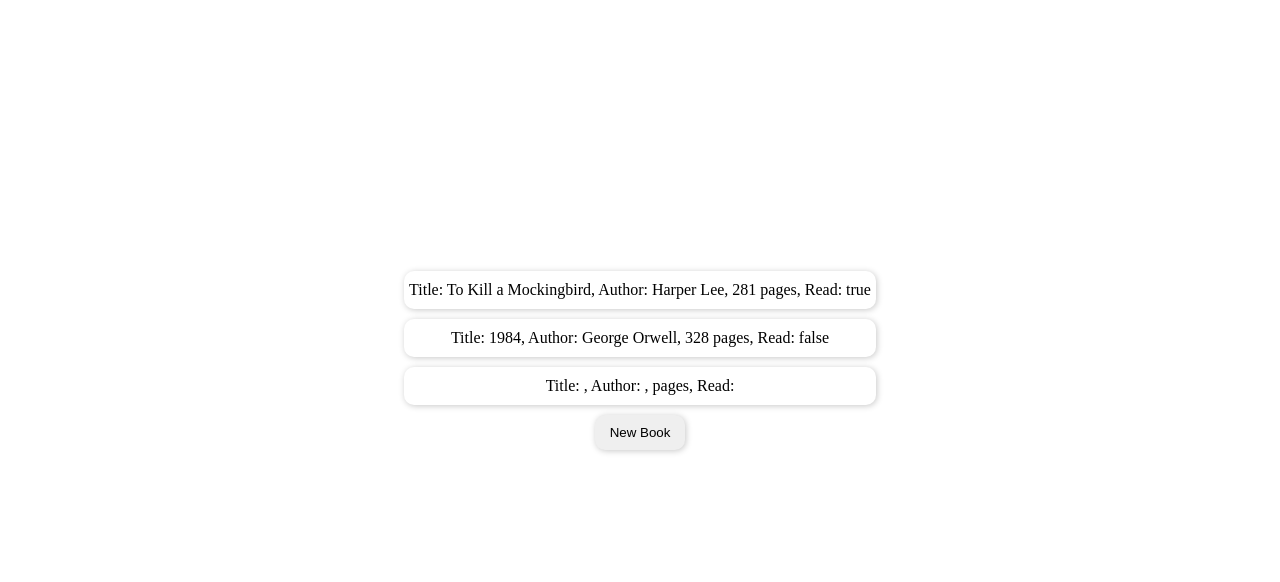
Repository: kocokoy/library
Page: index.html
The author's editor kept a copy of each file at every save. The page is drawn from the files as they stood at one save, then again after the next save.
The browser window is 1280 px wide. The pictures show the whole page.
After loading, the first visible `button.new-book-button` was clicked once.

Above is the page before, as saved 2024-11-06 09:50:07.

### index.html
<!DOCTYPE html>
<html lang="en">
<head>
  <meta charset="UTF-8">
  <meta name="viewport" content="width=device-width, initial-scale=1.0">
  <link rel="stylesheet" href="style.css">
  <title>Document</title>
</head>
<body>
  <div class="container">
    <div class="display-button-card">
      <div class="book-display jsBookDisplay">
      </div>
      <button class="new-book-button jsNewBookButton">New Book</button>
    </div>
    <div class=" jsAddNewBookCardHolder hide-add-new-book-card-holder">
      <div class="add-new-book-card ">
        <div>
          <input class="jsBookTitle" type="text">
          <input class="jsBookAuthor" type="text">
          <input class="jsBookPages" type="text">
          <input class="jsBookRead" type="text">
          <button class="jsAddBook">Add</button>
        </div>
      </div>
    </div>

  </div>
<script src="script.js"></script>
</body>
</html>

### style.css
body{
  width: 100%;
  height: 100vh;
  padding: 0;
  margin: 0;
}
.container{
  display: flex;
  flex-direction: column;
  justify-content: center;
  align-items: center;
  height: 100%;
  width: 100%;
}
.display-button-card{
  display: flex;
  flex-direction: column;
  justify-content: center;
  align-items: center;
}
.book-display{
  display: flex;
  flex-direction: column;
  justify-content: center;
  align-items: center;
}
.book-card{
  box-shadow: 1px 1px 6px  rgba(0, 0, 0, 0.219);
  padding: 10px 0px;
  border-radius: 10px;
  display: flex;
  flex-direction: row;
  justify-content: center;
  align-items: center;
  margin: 5px;
  width: 100%;
}

.new-book-button{
  padding: 10px;
  margin: 5px;
  border-radius: 10px;
  border: none;
  box-shadow: 1px 1px 6px  rgba(0, 0, 0, 0.219);
  width: 19%;
  cursor: pointer;
}

/* add book card */

.hide-add-new-book-card-holder{
  display: none;
}

.add-new-book-card-holder{
  display: flex;
  flex-direction: column;
  align-items: center;
  justify-content: center;
  height: 100%;
  width: 100%;
  background-color: rgba(0, 0, 0, 0.137);
  position: absolute;

}
.add-new-book-card {
  background-color: white;
  box-shadow: 1px 1px 6px  rgba(0, 0, 0, 0.219);
  height: 50%;
  width: 30%;
  display: flex;
  flex-direction: column;
  align-items: center;
  justify-content: center;
  border-radius: 10px;

}

.add-new-book-card div{
  display: flex;
  flex-direction: column;
  align-items: center;
  justify-content: center;
}

input{
  padding: 5px;
  margin: 3px;
  border-radius: 10px;
  border: 1px solid black;
}

button{
  padding: 5px;
  margin: 3px;
  border-radius: 10px;
  border: 1px solid black;
  width: 97%;
}

### script.js
const bookTitleElement = document.querySelector('.jsBookTitle');
const bookAuthorElement = document.querySelector('.jsBookAuthor');
const bookPagesElement = document.querySelector('.jsBookPages');
const bookReadElement = document.querySelector('.jsBookRead');
const bookButtonElement = document.querySelector('.jsNewBookButton');
const bookDisplayElement = document.querySelector('.jsBookDisplay');
const AddNewBookCardHolderElement = document.querySelector('.jsAddNewBookCardHolder');

const myLibrary = [
  {title: 'To Kill a Mockingbird', author: 'Harper Lee', pages: 281, read: true},
  {title: '1984', author: 'George Orwell', pages: 328, read: false},
];


displayBookToLibrary();

function Book(title,author,pages,read) {
  this.title = title;
  this.author = author;
  this.pages = pages;
  this.read = read;
  this.info = function(){
    const bookObj = {
      title: this.title,
      author: this.author,
      pages: this.pages,
      read: this.read,
    }
    return bookObj;
  };
}

function addBookToLibrary() {
  const bookTitleValue = bookTitleElement.value;
  const bookAuthorValue = bookAuthorElement.value;
  const bookPagesValue = bookPagesElement.value;
  const bookReadValue = bookReadElement.value;
  bookTitleElement.value = '';
  bookAuthorElement.value = '';
  bookPagesElement.value = '';
  bookReadElement.value = '';
  const book = new Book(bookTitleValue,bookAuthorValue,bookPagesValue,bookReadValue);
  myLibrary.push(book.info());
  AddNewBookCardHolderElement.classList.add('.add-new-book-card-holder');
}

function displayBookToLibrary(){

  bookDisplayElement.innerHTML = '';

  myLibrary.forEach(book => {
    const div = document.createElement('div');
    div.classList.add('book-card');
    div.innerHTML = `
      <div>Title: ${book.title}, Author: ${book.author}, ${book.pages} pages, Read: ${book.read}</div>
    `
    bookDisplayElement.appendChild(div);
    console.log(book);
  })
}

bookButtonElement.addEventListener('click', () => {
  addBookToLibrary();
  displayBookToLibrary();
})

After the next save:
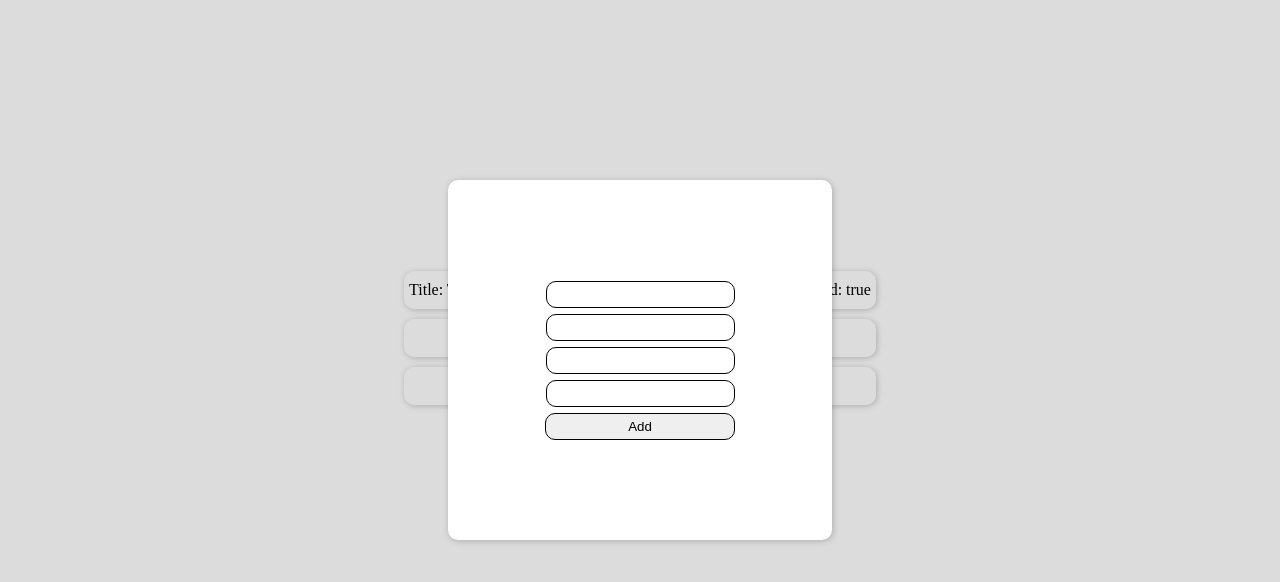
Saved 40 s later.
--- a/script.js
+++ b/script.js
@@ -41,7 +41,7 @@ function addBookToLibrary() {
   bookReadElement.value = '';
   const book = new Book(bookTitleValue,bookAuthorValue,bookPagesValue,bookReadValue);
   myLibrary.push(book.info());
-  AddNewBookCardHolderElement.classList.add('.add-new-book-card-holder');
+  AddNewBookCardHolderElement.classList.add('add-new-book-card-holder');
 }
 
 function displayBookToLibrary(){
